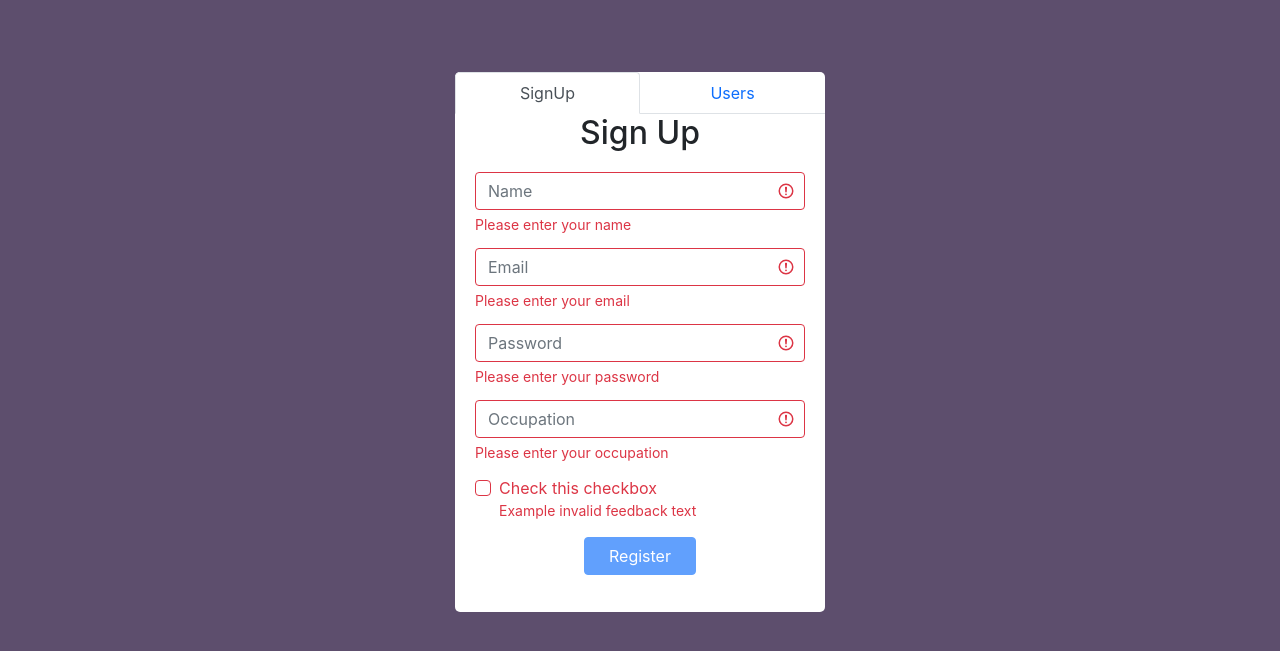
Repository: asadalibest1/SignUp-from
Page: /
These files come from the project's save history. The page is drawn as it stood at one moment and after a run of saves; the edit follows.
The browser window is 1280 px wide. The pictures show the whole page.
The project was rebuilt for these pictures with package versions that can differ from the ones it lists, and the page was loaded fresh each time.

Above is the page before, as saved 2021-02-09 16:30:13.

After the next 2 saves:
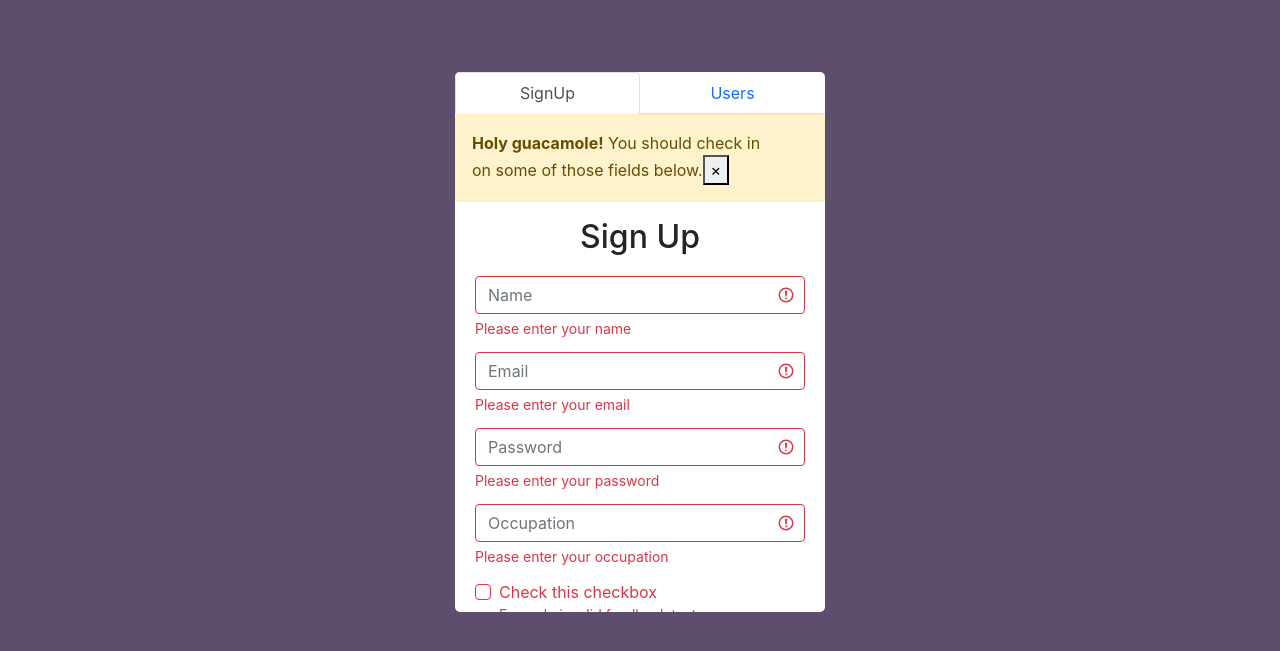
The 2 saves are shown as one change because 1 did not build or start.
The last was saved 30 s later.
--- a/src/components/SignUp/SignUp.js
+++ b/src/components/SignUp/SignUp.js
@@ -70,6 +70,16 @@ export default function SignUp() {
 
   return (
     <div className="SignUp">
+
+
+<div class="alertea alert alert-warning alert-dismissible fade show" role="alert">
+                <strong>Holy guacamole!</strong> You should check in on some of those fields below.
+                        <button type="button" class="close" data-dismiss="alert" aria-label="Close">
+                    <span aria-hidden="true">&times;</span>
+                </button>
+            </div>
+
+
       <h2 className="text-center">Sign Up</h2>
 
       <form className="was-validated">
